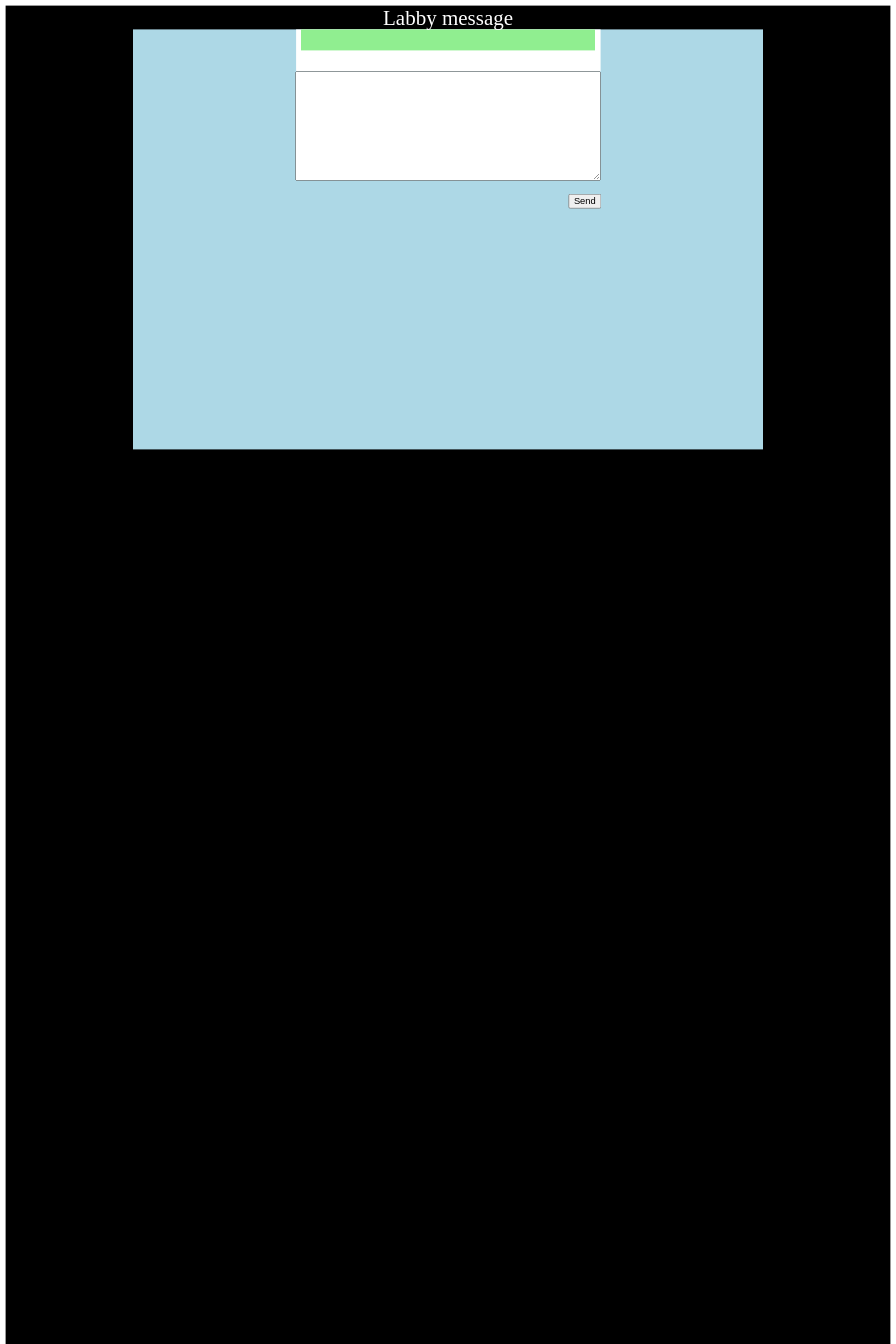
Repository: al223jw/1dv403-laborationer
Page: 2-labbymezzage/index.html
The author's editor kept a record of every edit. The page is drawn from the files as they stood at one moment, then again after the next edit.
The browser window is 1280 px wide. The pictures show the part of the page from y = 0 to 1920 px (the page is 9066 px tall), at 70% of full size.

Above is the page before.
Console error: TypeError: Cannot set properties of null (setting 'innerHTML')

After the next edit:
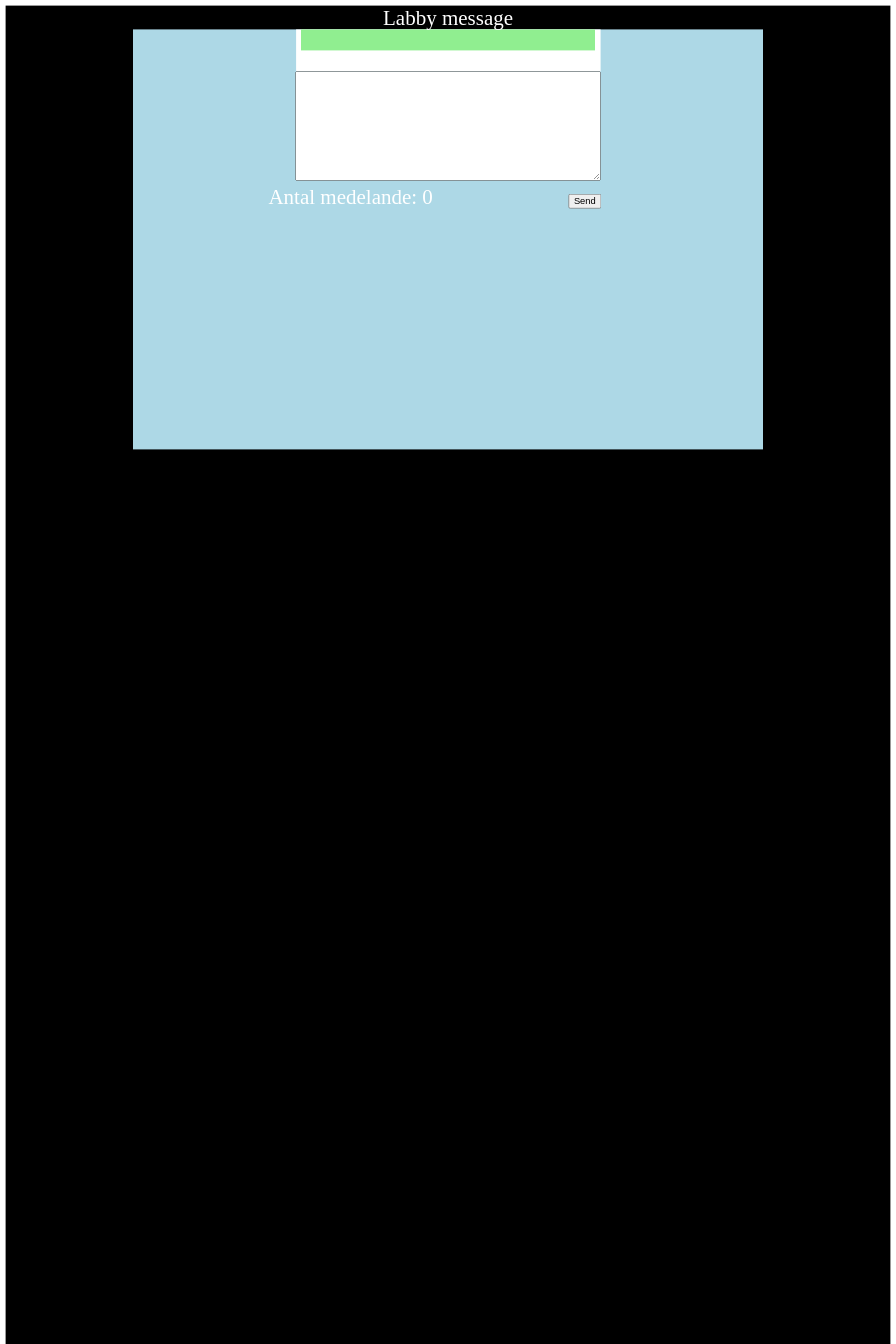
The error is gone.
The edit:
--- a/2-labbymezzage/index.html
+++ b/2-labbymezzage/index.html
@@ -24,6 +24,9 @@
                     <div id="submit">
                         <input type="submit" value="Send"/>
                     </div>
+                    <div id="counter">
+                            <p>Antal medelande</p>
+                        </div>
                 </div>
             </div>
 
